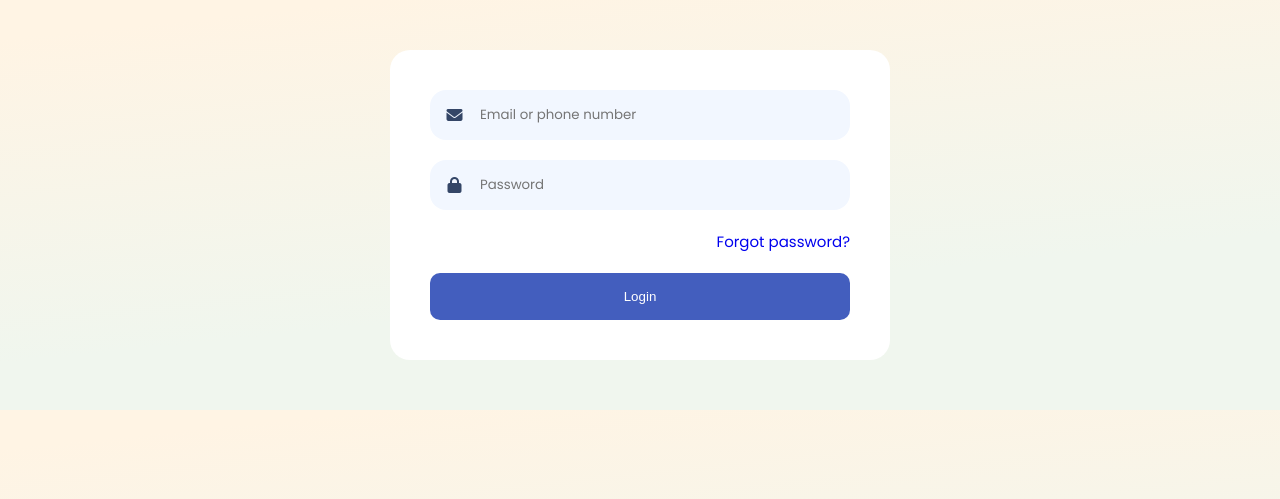
Repository: VuTuanAnh0949/loginForm
Page: index.html
The author's editor kept a copy of each file at every save. The page is drawn from the files as they stood at one save, then again after the next save.
The browser window is 1280 px wide. The pictures show the whole page.

Above is the page before, as saved 2022-04-15 20:56:26.

### index.html
<!DOCTYPE html>
<html lang="en">
<head>
  <meta charset="UTF-8">
  <meta http-equiv="X-UA-Compatible" content="IE=edge">
  <meta name="viewport" content="width=device-width, initial-scale=1.0">
  <link
  href="https://fonts.googleapis.com/css2?family=Poppins:wght@300;400;600&display=swap"
  rel="stylesheet"
/>
<link rel="stylesheet" href="style.css">
<link rel="stylesheet" href="/fontawesome-free-6.1.1-web/css/all.css">
  <title>Login</title>
</head>
<body>
  <div class="login">
    <div class="login-field">
      <i class="fa-solid fa-envelope login-icon"></i>
      <input type="email" class="login-input" placeholder="Email or phone number">
    </div>
    <div class="login-field">
      <i class="fa-solid fa-lock login-icon"></i>
      <input type="password" class="login-input" placeholder="Password">
    </div>
    <a href="#" class="login__forgot--password">Forgot password?</a>
    <button class="login-submit">Login</button>
  </div>
</body>
</html>

### style.css
html{
  font-size: 62%;
  font-family: "Poppins", sans-serif;
}
*{
box-sizing: border-box;
}
body{
  background-image: linear-gradient( 174.2deg,  rgba(255,244,228,1) 7.1%, rgba(240,246,238,1) 67.4% );
}
.login{
width: 500px;
margin: 50px auto;
padding: 40px;
background-color: white;
border-radius: 20px;
}
.login-field{
  display: flex;
  align-items: center;
  background-color: #f2f7ff;
  padding: 15px;
  margin-bottom: 20px;
  border-radius: 16px;
}
.login-icon{
  color: #344667;
  font-size: 16px;
  width: 20px;
  text-align: center;

}
.login-input{
  font-family: "Poppins", sans-serif;
  border: 0;
  padding: 0 0 0 16px;
  background-color: transparent;
  width: 100%;
  outline: none;
}
.login-submit{
  color: white;
  border-radius: 10px;
  display: block;
  width: 100%;
  border: 0;
  padding: 16px 10px;
   background-color: #435ebe;
}
.login__forgot--password{
  display: block;
  text-decoration: none;
  text-align: right;
  margin-bottom: 20px;
  font-size: 15px;
}

Loaded but not shown: fontawesome-free-6.1.1-web/css/all.css (library)

After the next save:
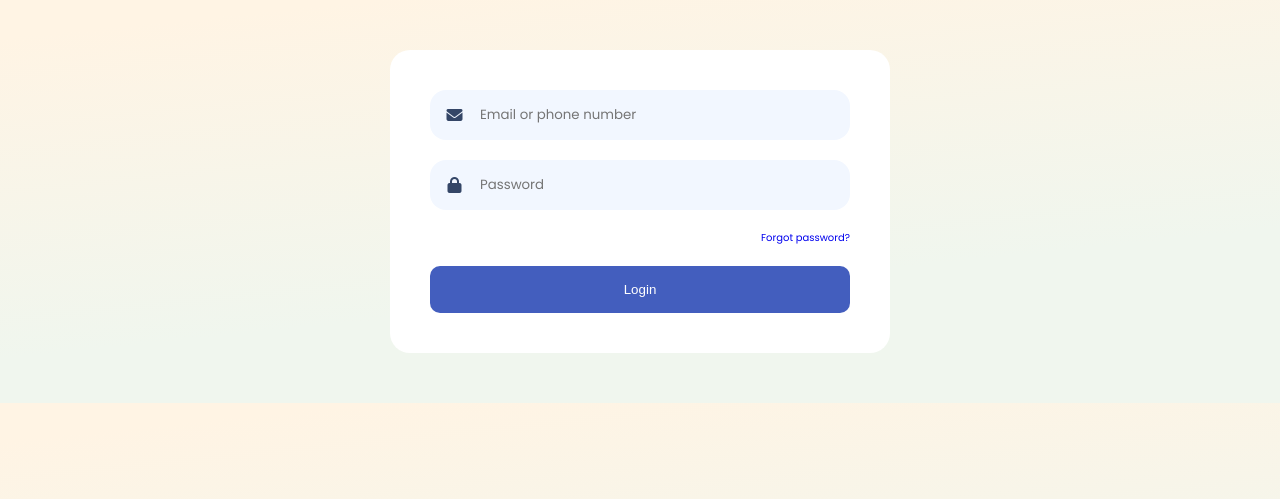
Saved 5 s later.
--- a/style.css
+++ b/style.css
@@ -52,5 +52,5 @@ border-radius: 20px;
   text-decoration: none;
   text-align: right;
   margin-bottom: 20px;
-  font-size: 15px;
+  font-size: 10px;
 }
